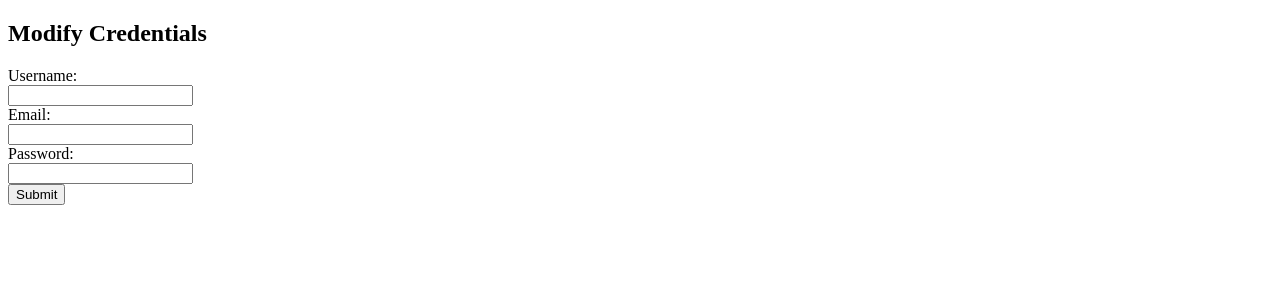
Repository: Javimetro/UniZen
Page: client/public/modifyCredentials.html
These files come from the project's save history. The page is drawn as it stood at one moment and after the next save; the edit follows.
The browser window is 1280 px wide. The pictures show the whole page.

Above is the page before, as saved 2024-03-13 09:59:16.

After the next save:
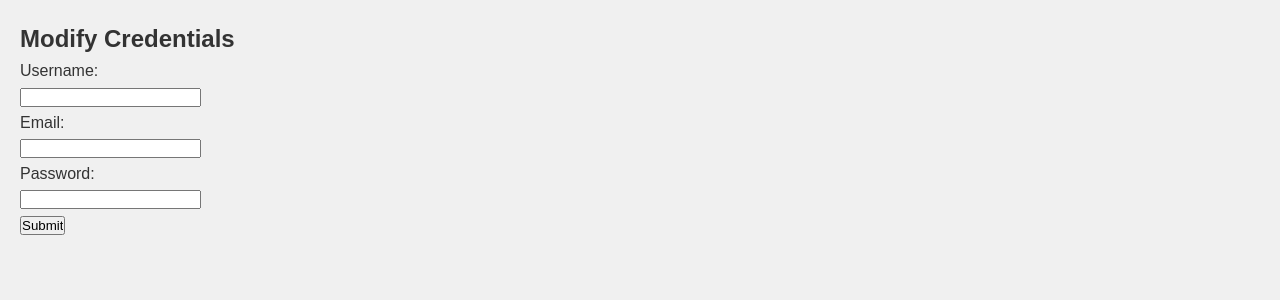
Saved 52 s later.
--- a/client/public/modifyCredentials.html
+++ b/client/public/modifyCredentials.html
@@ -1,7 +1,11 @@
 <!DOCTYPE html>
 <html>
 <head>
+  <meta charset="UTF-8">
+  <meta name="viewport" content="width=device-width, initial-scale=1.0">
   <title>Modify Credentials</title>
+  <link rel="stylesheet" type="text/css" href="/styles/style.css"> <!-- Link to CSS file -->
+  <link rel="icon" href="/public/assets/images/favicon.ico" type="image/x-icon">
 </head>
 <body>
   <h2>Modify Credentials</h2>
